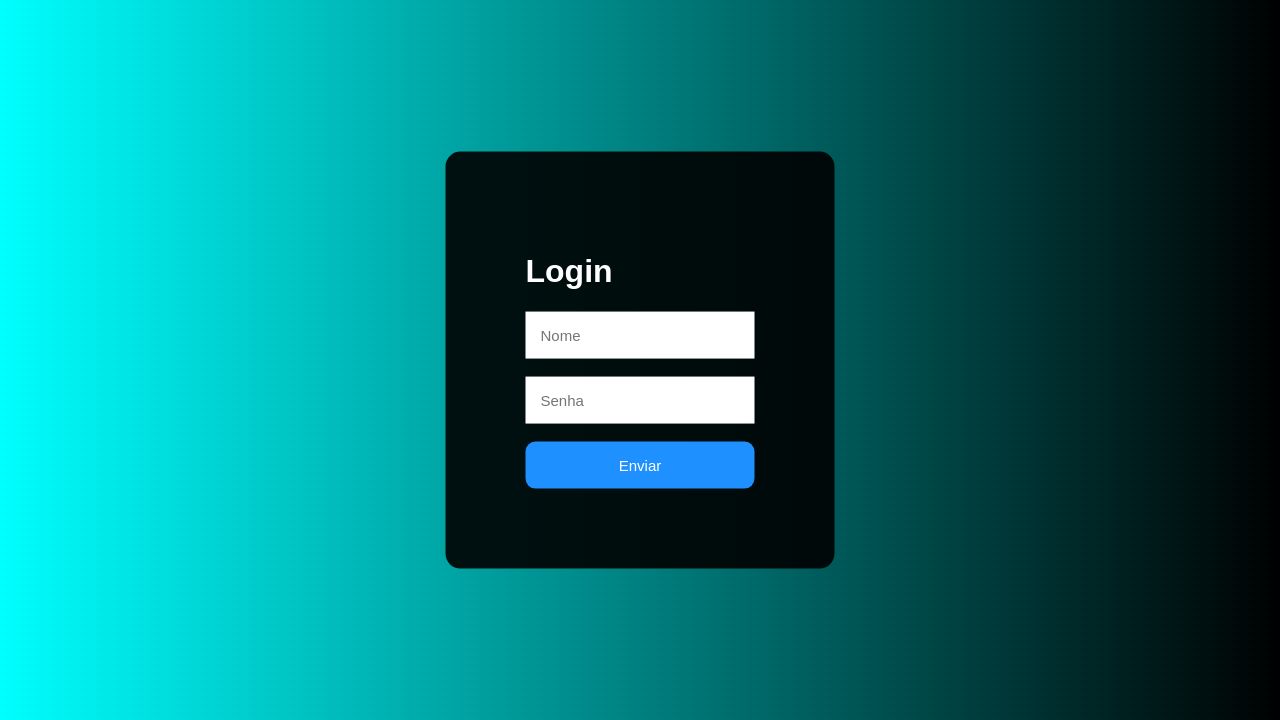
Repository: Vitor4863/Projeto-MetalBull
Page: http://localhost/MetalBull/
An editor plug-in stored every save of this project. The page is shown before and after the next save, followed by the edit.
The browser window is 1280 px wide. The pictures show the whole page.
The page is served by Tomcat 9.

Above is the page before, as saved 2022-06-23 21:38:40.

After the next save:
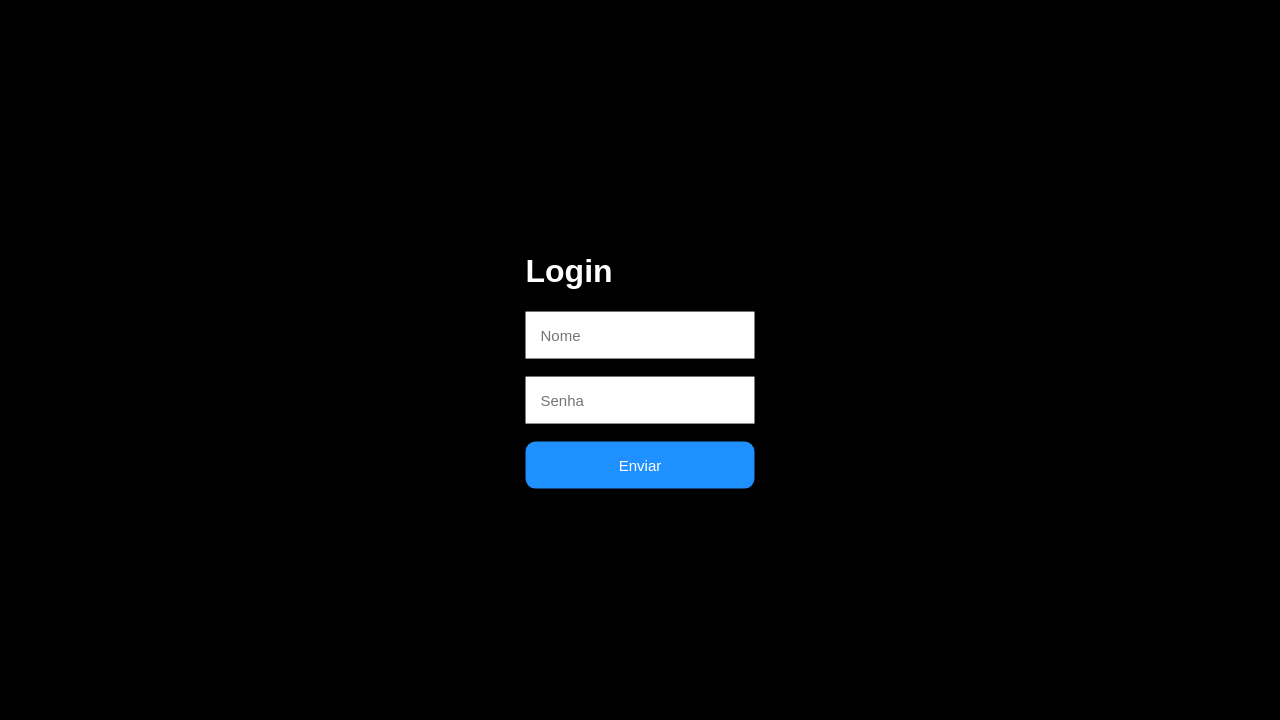
Saved 10 s later.
--- a/MetalBull/src/main/webapp/index.jsp
+++ b/MetalBull/src/main/webapp/index.jsp
@@ -10,7 +10,7 @@
  <style>
         body{
             font-family: Arial, Helvetica, sans-serif;
-            background-image: linear-gradient(45deg, cyan, black);
+            background-image: linear-gradient(45deg, black, black);
         }
         div{
             background-color: rgba(0, 0, 0, 0.9);
